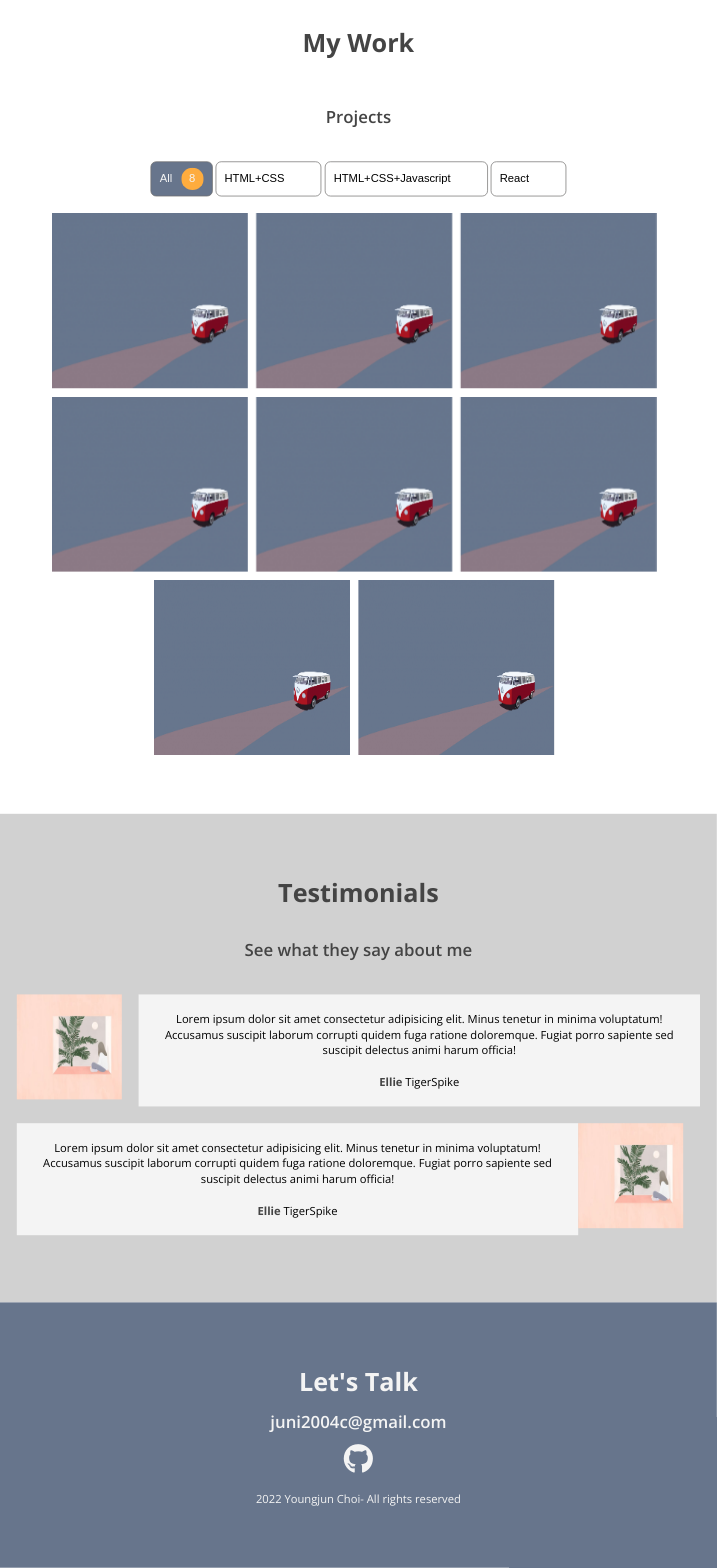
Repository: choi2021/portfolio-vanillaJS
Page: index.html
These files come from the project's save history. The page is drawn as it stood at one moment and after a run of saves; the edit follows.
The browser window is 1024 px wide. The pictures show the part of the page from y = 2331 to 4571 px (the page is 4571 px tall), at 70% of full size.
Some web libraries are served in a nearby version.

Above is the page before, as saved 2022-01-08 15:22:16.

### index.html
<!DOCTYPE html>
<html lang="en">

<head>
  <meta charset="UTF-8">
  <meta http-equiv="X-UA-Compatible" content="IE=edge">
  <meta name="viewport" content="width=device-width, initial-scale=1.0">
  <title>Youngjun's Portfolio</title>
  <meta name="description" content="Front-end developer Youngjun">
  <meta name="author" content="Youngjun ">
  <link rel="icon" href="public/favicon.png" type="public/png">
  <link rel="stylesheet" href="style.css">
  <script src="main.js" defer></script>
  <script src="https://kit.fontawesome.com/a6a726722e.js" crossorigin="anonymous"></script>
  <link href="https://fonts.googleapis.com/css2?family=Open+Sans:wght@400;600;700&display=swap" rel="stylesheet">
</head>

<body>
  <!-- Navbar -->
  <nav class="navbar">
    <div class="navbar__logo">
      <img src="public/favicon.png" alt="logo">
      <a href="#">YOUNGJUN</a>
    </div>
    <ul class="navbar__menu">
      <li class="navbar__menu__item active">Home</li>
      <li class="navbar__menu__item">About</li>
      <li class="navbar__menu__item">Skills</li>
      <li class="navbar__menu__item">My work</li>
      <li class="navbar__menu__item">Testimonial</li>
      <li class="navbar__menu__item">Contact</li>
    </ul>
    <button class="navbar__toggleBtn">
      <i class="fas fa-bars"></i>
    </button>
  </nav>
  <!-- Home -->
  <section class="home">
    <img class="home__avatar" src="public/profile.jpg" alt="home-img">
    <h1 class="title">Hello <br> I'm Yougnjun Choi</h1>
    <h3 class="description">매일 매일 부족한 걸 채워가는 프론트엔드 개발자</h3>
    <button class="home__contact">contact me</button>
  </section>
  <!-- About -->
  <section class="about section">
    <div class="section__container">
      <h1 class="title">About me</h1>
      <p class="description">Lorem ipsum dolor sit amet consectetur adipisicing elit. Quidem adipisci sint voluptate
        odit, molestias debitis aliquam nihil magni a corporis consectetur minus vero qui suscipit dolorum natus
        nesciunt
        expedita? Sit!</p>
      <ul class="about__stacks">
        <li class="stack">
          <div class="stack__icon">
            <i class="fab fa-html5"></i>
          </div>
          <div class="stack__title">Front-end basic</div>
          <div class="stack__description">HTML, CSS, Javascript</div>
        </li>
        <li class="stack">
          <div class="stack__icon">
            <i class="fab fa-react"></i>
          </div>
          <div class="stack__title">React</div>
          <div class="stack__description">Javascript Library</div>
        </li>
      </ul>
      <div class="about__experience">
        <img src="public/gist_logo.jpg" alt="">
        <div class="experience__description">
          <div class="experience__name">Undergraduate chemistry major</div>
          <div class="experience__term">2016 March - 2022 Feb</div>
        </div>
      </div>
    </div>
  </section>
  <!-- Skills -->
  <section class="skills section">
    <div class="section__container">
      <h1 class="title">Skills</h1>
      <h2 class="sub_title">Skills & Attributes</h2>
      <p class="description">Lorem ipsum dolor sit amet, consectetur adipisicing elit. Harum cupiditate magnam modi
        eius? Soluta,
        quidem sed dicta animi maiores nemo laudantium dolores aliquam, molestias suscipit id accusantium unde
        temporibus
        nostrum.</p>
      <div class="skillset">
        <div class="skillset__left">
          <h3 class="skillset__title">Skills</h3>
          <div class="skill">
            <div class="skill__description">
              <span class="description__name">HTML</span>
              <span class="description__figure">80%</span>
            </div>
            <div class="skill__bar">
              <div class="skill__value" style="width: 80%"></div>
            </div>
          </div>
          <div class="skill">
            <div class="skill__description">
              <span class="description__name">CSS</span>
              <span class="description__figure">60%</span>
            </div>
            <div class="skill__bar">
              <div class="skill__value" style="width: 60%"></div>
            </div>
          </div>
          <div class="skill">
            <div class="skill__description">
              <span class="description__name">Javascript</span>
              <span class="description__figure">40%</span>
            </div>
            <div class="skill__bar">
              <div class="skill__value" style="width: 40%"></div>
            </div>
          </div>
          <div class="skill">
            <div class="skill__description">
              <span class="description__name">React</span>
              <span class="description__figure">10%</span>
            </div>
            <div class="skill__bar">
              <div class="skill__value" style="width:10%"></div>
            </div>
          </div>
        </div>
        <div class="skillset__right">
          <section class="tools">
            <h3 class="tools__title">Tools</h3>
            <ul class="tools__list">
              <li>
                <span>Visual Studio</span>
              </li>
            </ul>
          </section>
          <section class="etc">
            <h3 class="skillset__title">Etc</h3>
            <ul class="etc__list">
              <li>
                <span>Git</span>
              </li>
            </ul>
          </section>
        </div>
      </div>
    </div>
  </section>
  <section class="work section">
    <div class="section__container">
      <h1 class="title">My Work</h1>
      <h2 class="description">Projects</h2>
      <div class="work__categories">
        <button class="category__btn active">
          All
          <span class="category__count">8</span>
        </button>
        <button class="category__btn">HTML+CSS<span class="category__count">3</span></button>
        <button class="category__btn">HTML+CSS+Javascript<span class="category__count">3</span></button>
        <button class="category__btn">React<span class="category__count">2</span></button>
      </div>
      <div class="work__projects">
        <a href="#" class="project">
          <img src="public/background.jpg" alt="">
          <div class="project__description">
            <h3>Youtube UI</h3>
            <span>Clone coding with HTML and CSS</span>
          </div>
        </a>
        <a href="#" class="project">
          <img src="public/background.jpg" alt="">
          <div class="project__description">
            <h3>Youtube UI</h3>
            <span>Clone coding with HTML and CSS</span>
          </div>
        </a>
        <a href="#" class="project">
          <img src="public/background.jpg" alt="">
          <div class="project__description">
            <h3>Youtube UI</h3>
            <span>Clone coding with HTML and CSS</span>
          </div>
        </a>
        <a href="#" class="project">
          <img src="public/background.jpg" alt="">
          <div class="project__description">
            <h3>Youtube UI</h3>
            <span>Clone coding with HTML and CSS</span>
          </div>
        </a>
        <a href="#" class="project">
          <img src="public/background.jpg" alt="">
          <div class="project__description">
            <h3>Youtube UI</h3>
            <span>Clone coding with HTML and CSS</span>
          </div>
        </a>
        <a href="#" class="project">
          <img src="public/background.jpg" alt="">
          <div class="project__description">
            <h3>Youtube UI</h3>
            <span>Clone coding with HTML and CSS</span>
          </div>
        </a>
        <a href="#" class="project">
          <img src="public/background.jpg" alt="">
          <div class="project__description">
            <h3>Youtube UI</h3>
            <span>Clone coding with HTML and CSS</span>
          </div>
        </a>
        <a href="#" class="project">
          <img src="public/background.jpg" alt="">
          <div class="project__description">
            <h3>Youtube UI</h3>
            <span>Clone coding with HTML and CSS</span>
          </div>
        </a>
      </div>
    </div>
  </section>
  <section class="testimonials section">
    <div class="section__container">
      <h1 class="title">Testimonials</h1>
      <h2 class="description">See what they say about me</h2>
      <div class="testimonialset">
        <div class="testimonial">
          <img class="testimonial__avatar" src="public/background2.jpg" alt="">
          <div class="testimonial__speech-bubble">
            <span>Lorem ipsum dolor sit amet consectetur adipisicing elit. Minus tenetur in minima voluptatum! Accusamus
              suscipit laborum corrupti quidem fuga ratione doloremque. Fugiat porro sapiente sed suscipit delectus
              animi
              harum officia!</span>
            <div class="name-and-company">
              <span class="name"><a href="#"> Ellie</a></span>
              <span class="companay">TigerSpike</span>
            </div>
          </div>
        </div>
        <div class="testimonial">
          <div class="section__container"></div>
          <div class="testimonial__speech-bubble">
            <span>Lorem ipsum dolor sit amet consectetur adipisicing elit. Minus tenetur in minima voluptatum! Accusamus
              suscipit laborum corrupti quidem fuga ratione doloremque. Fugiat porro sapiente sed suscipit delectus
              animi
              harum officia!</span>
            <div class="name-and-company">
              <span class="name"><a href="#"> Ellie</a></span>
              <span class="companay">TigerSpike</span>
            </div>
          </div>
          <img class="testimonial__avatar" src="public/background2.jpg" alt="">
        </div>
      </div>
    </div>

  </section>
  <section class="contact section">
    <h1 class="title">Let's Talk</h1>
    <h2 class="contact__email">juni2004c@gmail.com</h2>
    <div class="contact__links">
      <a href="#">
        <i class="fab fa-github"></i>
      </a>
    </div>
    <p class="contact__rights">2022 Youngjun Choi- All rights reserved</p>
  </section>
</body>

</html>

### style.css
:root {
  /* color */
  --white-color: #f4f4f4;
  --blue-color: #69a0c7;
  --light-yellow-color: #fff6cb;
  --deep-yellow-color: #feac3e;
  --pink-color: #fd8682;
  --black-color: #444444;
  --dark-gray-color: #565656;
  --dim-gray-color: #706f6d;
  --light-gray-color: #d1d1d1;
  --dark-red-color: #8c7a86;
  --dark-blue-color: #67758c;

  /* Space */
  --base-space: 36px;

  /* Font weight */
  --weight-bold: 700;
  --weight-semi-bold: 600;
  --weight-regular: 400;

  /* Font-size */
  --font-large: 48px;
  --font-medium: 28px;
  --font-regular: 18px;
  --font-small: 16px;

  /* size */
  --count-size: 32px;
  --border-size: 8px;
  --logo-size: 43px;
  --avatar-size: 350px;
  --stack-size: 180px;
  --project-width: 280px;
  --project-height: 250px;
  --testimonial-size: 250px;
}

/* Universal tags */
* {
  box-sizing: border-box;
}

h1 {
  font-size: var(--font-large);
  font-weight: var(--weight-bold);
  color: var(--black-color);
  margin: 16px 0px;
}

h2 {
  font-size: var(--font-medium);
  font-weight: var(--weight-semi-bold);
  color: var(--black-color);
  margin: 8px 0px;
}

body {
  margin: 0;
  font-family: "Open Sans", sans-serif;
}

ul {
  list-style: none;
  padding-left: 0;
}

a {
  text-decoration: none;
  color: var(--black-color);
}

button {
  border: none;
  outline: none;
  background-color: transparent;
  cursor: pointer;
}

/* navbar */

.navbar {
  display: flex;
  justify-content: space-between;
  align-items: center;
  background-color: transparent;
  font-size: var(--font-medium);
  position: fixed;
  top: 0;
  width: 100%;
  padding: 12px var(--base-space);
}

.navbar.withBGColor {
  background-color: var(--dark-blue-color);
}

.navbar__logo {
  display: flex;
}

.navbar__logo img {
  width: var(--logo-size);
  height: var(--logo-size);
  margin-right: calc(0.4 * var(--base-space));
}

.navbar__logo a {
  font-size: var(--font-medium);
  font-weight: var(--weight-semi-bold);
  color: var(--white-color);
}

.navbar__menu {
  display: flex;
  padding-left: 0;
}

.navbar__menu__item {
  padding: 8px 12px;
  font-size: var(--font-regular);
  cursor: pointer;
  border: 2px transparent solid;
  border-radius: var(--border-size);
  color: var(--white-color);
  margin-right: var(--base-space);
}

.navbar__menu__item:hover {
  border: 2px white solid;
}

.navbar__menu__item.active {
  background-color: var(--white-color);
  color: var(--dark-blue-color);
}

.navbar__toggleBtn {
  display: none;
  position: absolute;
  top: 12px;
  right: 24px;
  font-size: var(--font-medium);
  color: var(--blue-color);
}

/* Home */

.home {
  padding: calc(3 * var(--base-space)) var(--base-space);
  background: url(./public/background.jpg) no-repeat center/cover;
  text-align: center;
}

.home__avatar {
  width: var(--avatar-size);
  height: var(--avatar-size);
  border-radius: 50%;
  border: 1px white solid;
}

.home .title {
  font-size: var(--font-large);
  font-weight: var(--weight-bold);
  text-align: center;
  color: var(--white-color);
}

.home .description {
  padding-top: calc(2 * var(--base-space));
  font-size: var(--font-medium);
  color: var(--white-color);
}

.home__contact {
  font-size: var(--font-regular);
  font-weight: var(--weight-bold);
  color: var(--white-color);
  text-transform: capitalize;
  padding: calc(0.25 * var(--base-space));
  border: solid var(--white-color) 2px;
  border-radius: var(--border-size);
}

.home__contact:hover {
  background-color: var(--white-color);
  color: var(--dark-blue-color);
}

.section {
  padding: calc(3 * var(--base-space)) var(--base-space);
  text-align: center;
}

.section__container {
  max-width: 1200px;
  margin: auto;
}

.about .description {
  width: 85%;
  margin: auto;
  padding-top: calc(2 * var(--base-space));
  font-size: var(--font-medium);
  text-align: center;
  color: var(--black-color);
  margin-bottom: calc(2 * var(--base-space));
}

.about__stacks {
  display: flex;
  justify-content: space-around;
  padding-left: 0;
  margin: calc(3 * var(--base-space)) 0;
}

.stack {
  font-size: var(--font-medium);
  display: flex;
  flex-direction: column;
  align-items: center;
  text-align: center;
}

.stack__icon {
  font-size: calc(0.7 * var(--stack-size));
  width: var(--stack-size);
  height: var(--stack-size);
  display: flex;
  justify-content: center;
  align-items: center;
  color: var(--blue-color);
  border: 2px solid var(--blue-color);
  border-radius: 50%;
  margin-bottom: var(--base-space);
  transition: transform 300ms ease-in;
}

.stack__icon:hover {
  transform: rotate(45deg);
  color: var(--dark-blue-color);
  border: 2px solid var(--dark-blue-color);
}

.about__experience {
  display: flex;
  justify-content: center;
  width: 50%;
  margin: auto;
}

.about__experience img {
  width: var(--logo-size);
  height: var(--logo-size);
  margin-right: var(--base-space);
}

.skills {
  background-color: var(--light-yellow-color);
}

.skills .sub_title {
  font-size: var(--font-medium);
  font-weight: var(--weight-bold);
  text-align: center;
  color: var(--black-color);
}

.skills .description {
  width: 85%;
  margin: auto;
  padding-top: calc(2 * var(--base-space));
  font-size: var(--font-medium);
  text-align: center;
  color: var(--black-color);
  margin-bottom: calc(2 * var(--base-space));
}

.skillset {
  display: flex;
  background-color: var(--black-color);
}

.skillset__left {
  flex-basis: 60%;
  display: flex;
  color: var(--white-color);
  flex-direction: column;
  align-items: center;
  padding: var(--base-space);
}

.skillset__title {
  font-size: var(--font-regular);
}

.skill {
  width: 100%;
  margin-bottom: var(--base-space);
}

.skill__description {
  width: 100%;
  font-size: var(--font-small);
  display: flex;
  justify-content: space-between;
}

.skill__bar {
  height: 3px;
  background-color: var(--dim-gray-color);
}

.skill__value {
  height: 3px;
  background-color: var(--deep-yellow-color);
}

.skillset__right {
  flex-basis: 40%;
  display: flex;
  flex-direction: column;
  margin: 0;
  text-align: center;
}

.tools {
  background-color: var(--dark-gray-color);
  width: 100%;
  height: 50%;
  color: var(--white-color);
}

.etc {
  background-color: var(--dim-gray-color);
  padding-left: 0;
  height: 50%;
  color: var(--white-color);
}

.tools__list,
.etc__list {
  padding-left: 0;
}

.work .description {
  width: 85%;
  margin: auto;
  padding-top: calc(2 * var(--base-space));
  color: var(--black-color);
  margin-bottom: calc(2 * var(--base-space));
}

.work__categories {
  margin-bottom: var(--base-space);
}

.category__btn {
  font-size: var(--font-regular);
  padding: 8px 12px;
  border: 1px solid var(--dim-gray-color);
  border-radius: var(--border-size);
}

.category__btn.active {
  color: var(--white-color);
  background-color: var(--dark-blue-color);
}

.category__count {
  display: inline-block;
  font-size: var(--font-regular);
  border-radius: 50%;
  width: var(--count-size);
  height: var(--count-size);
  line-height: 32px;
  background-color: var(--deep-yellow-color);
  margin-left: 8px;
  position: relative;
  top: -40px;
  left: 4px;
  opacity: 0;
  transition: all 300ms ease-in;
}
.category__btn.active .category__count,
.category__btn:hover .category__count {
  opacity: 1;
  top: 0;
  left: 0;
}

.work__projects {
  display: flex;
  justify-content: center;
  flex-wrap: wrap;
  width: 100%;
}

.project {
  position: relative;
  width: var(--project-width);
  height: var(--project-height);
  margin-right: calc(0.5 * var(--base-space));
  margin-bottom: calc(0.5 * var(--base-space));
}

.project img {
  width: 100%;
  height: 100%;
}

.project__description {
  background-color: var(--light-yellow-color);
  position: absolute;
  top: 0;
  left: 0;
  width: 100%;
  height: 100%;
  display: flex;
  flex-direction: column;
  justify-content: center;
  opacity: 0;
  transform: translate(0, 10px);
  transition: all 300ms ease-in-out;
}

.project__description:hover {
  opacity: 0.9;
  transform: translate(0, 0);
}

.project__description h3::after {
  display: block;
  margin: auto;
  content: "";
  width: 125px;
  height: 2px;
  background-color: var(--dim-gray-color);
}

.project__description span {
  font-size: var(--font-small);
}

/* Testimonial */

.testimonials {
  background-color: var(--light-gray-color);
}

.testimonials .description {
  max-width: 1200px;
  padding-top: calc(var(--base-space));
  font-size: var(--font-medium);
  color: var(--black-color);
  margin-bottom: calc(2 * var(--base-space));
}

.testimonialset {
  display: flex;
  flex-direction: column;
}

.testimonial {
  display: flex;
  margin-bottom: var(--base-space);
}

.testimonial__avatar:nth-child(odd) {
  margin-right: 24px;
}

.testimonial__avatar :nth-child(even) {
  margin-left: 24px;
}

.testimonial__avatar {
  width: var(--testimonial-size);
  height: var(--testimonial-size);
}

.testimonial__speech-bubble {
  background-color: var(--white-color);
  padding: var(--base-space);
  font-size: var(--font-regular);
  text-align: center;
}

.testimonial__speech-bubble .name-and-company {
  margin-top: var(--base-space);
}

.testimonial__speech-bubble .name {
  font-weight: var(--weight-bold);
}

/* contact */
.contact {
  background-color: var(--dark-blue-color);
}

.contact .title,
.contact__email,
.contact__rights {
  color: var(--white-color);
}

.contact .title {
  font-size: var(--font-large);
}

.contact__email {
  font-size: var(--font-medium);
}

.contact__links {
  color: var(--white-color);
}

.contact__links a {
  font-size: var(--logo-size);
  color: var(--white-color);
}

.contact__links a i {
  transition: transform 300ms ease-in-out;
}

.contact__links a i:hover {
  transform: scale(1.1);
}

.contact__rights {
  font-size: var(--font-regular);
}

@media screen and (min-width: 768px) and (max-width: 1070px) {
  :root {
    /* Space */
    --base-space: 24px;

    /* Font weight */
    --weight-bold: 700;
    --weight-semi-bold: 600;
    --weight-regular: 400;

    /* Font-size */
    --font-large: 36px;
    --font-medium: 24px;
    --font-regular: 16px;
    --font-small: 12px;

    /* size */
    --count-size: 32px;
    --border-size: 8px;
    --logo-size: 43px;
    --avatar-size: 250px;
    --stack-size: 180px;
    --project-width: 280px;
    --project-height: 250px;
    --testimonial-size: 150px;
  }

  .navbar {
    flex-direction: column;
    align-items: flex-start;
  }

  .navbar__menu {
    flex-direction: column;
    width: 100%;
    text-align: center;
    display: none;
  }

  .navbar__toggleBtn {
    display: block;
    position: absolute;
    cursor: pointer;
  }
}

@media screen and (max-width: 768px) {
  :root {
    /* Space */
    --base-space: 24px;

    /* Font weight */
    --weight-bold: 700;
    --weight-semi-bold: 600;
    --weight-regular: 400;

    /* Font-size */
    --font-large: 36px;
    --font-medium: 24px;
    --font-regular: 16px;
    --font-small: 12px;

    /* size */
    --count-size: 32px;
    --border-size: 8px;
    --logo-size: 43px;
    --avatar-size: 250px;
    --stack-size: 180px;
    --project-width: 280px;
    --project-height: 250px;
    --testimonial-size: 80px;
  }
  .navbar {
    flex-direction: column;
    align-items: flex-start;
  }

  .navbar__menu {
    flex-direction: column;
    width: 100%;
    text-align: center;
    display: none;
  }

  .navbar__toggleBtn {
    display: block;
    position: absolute;
    cursor: pointer;
  }

  .about__stacks {
    flex-direction: column;
  }

  .stack {
    margin-bottom: var(--base-space);
  }

  .skillset {
    flex-direction: column;
  }

  .category__btn {
    padding: 4px 8px;
  }

  .project {
    flex-grow: 1;
  }
}

### main.js
// navbar background color
const navbar = document.querySelector(".navbar");
const navbarInfo = navbar.getBoundingClientRect();
console.log(navbarInfo.height);

document.addEventListener("scroll", (e) => {
  const positionY = window.scrollY;
  if (positionY > navbarInfo.height) {
    navbar.classList.add("withBGColor");
  } else {
    navbar.classList.remove("withBGColor");
  }
});

After the next 4 saves:
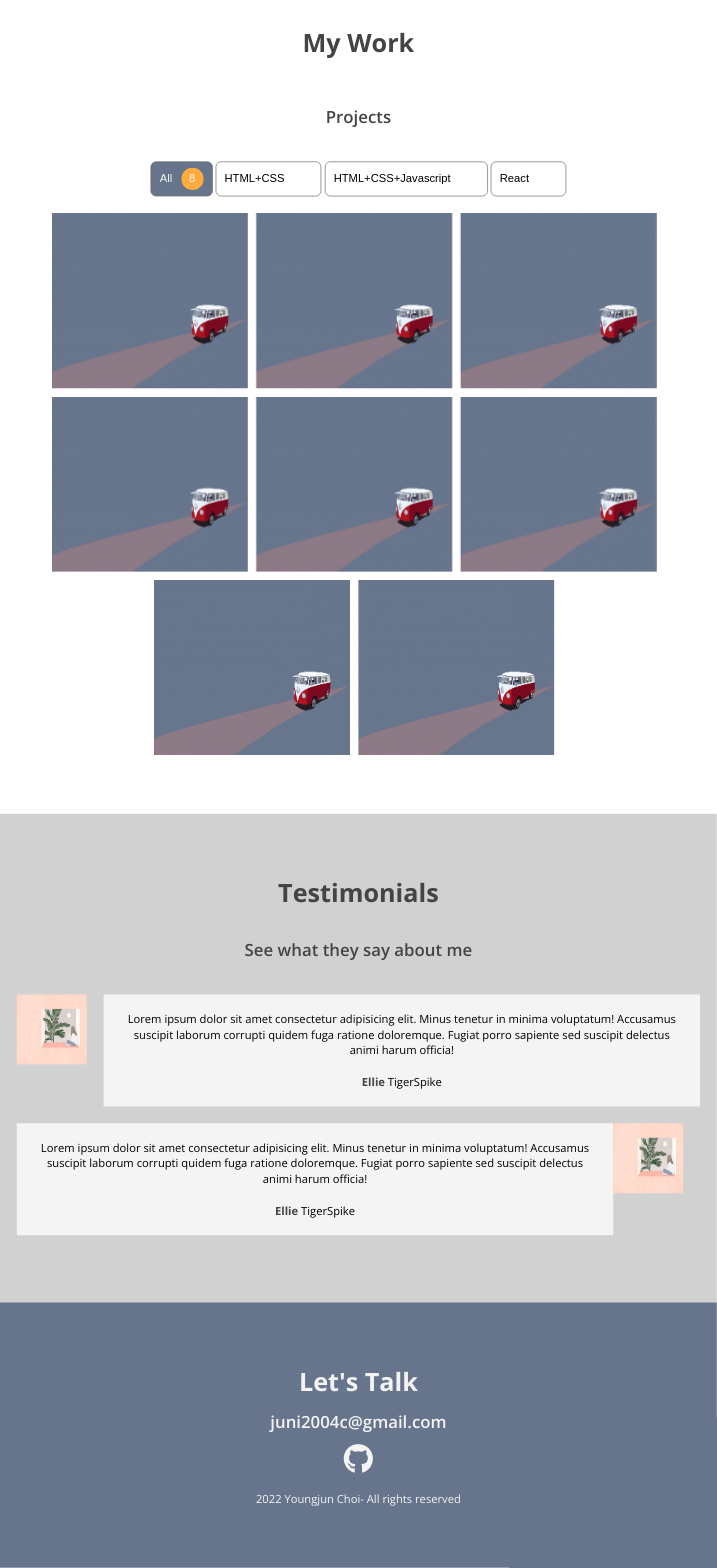
The 4 saves are shown as one change because they came seconds apart.
The last was saved 10 s later.
--- a/style.css
+++ b/style.css
@@ -559,7 +559,7 @@ button {
     --stack-size: 180px;
     --project-width: 280px;
     --project-height: 250px;
-    --testimonial-size: 150px;
+    --testimonial-size: 100px;
   }
 
   .navbar {
